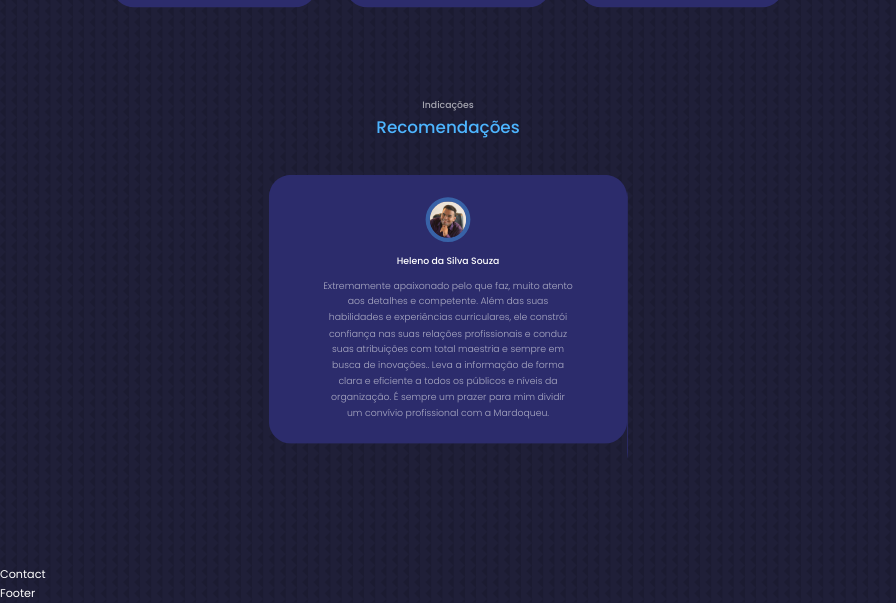
Repository: Mardoqueu/react-portfolio-website
Page: /
These files come from the project's save history. The page is drawn as it stood at one moment and after a run of saves; the edit follows.
The browser window is 1280 px wide. The pictures show the part of the page from y = 3384 to 5304 px (the page is 4245 px tall before and 5514 px after), at 70% of full size.
The project was rebuilt for these pictures with package versions that can differ from the ones it lists, and the page was loaded fresh each time. Also part of the build but not shown: src/components/header/header.css, src/components/contact/contact.css, src/components/footer/footer.css.

Above is the page before, as saved 2022-10-24 14:56:00.

After the next 5 saves:
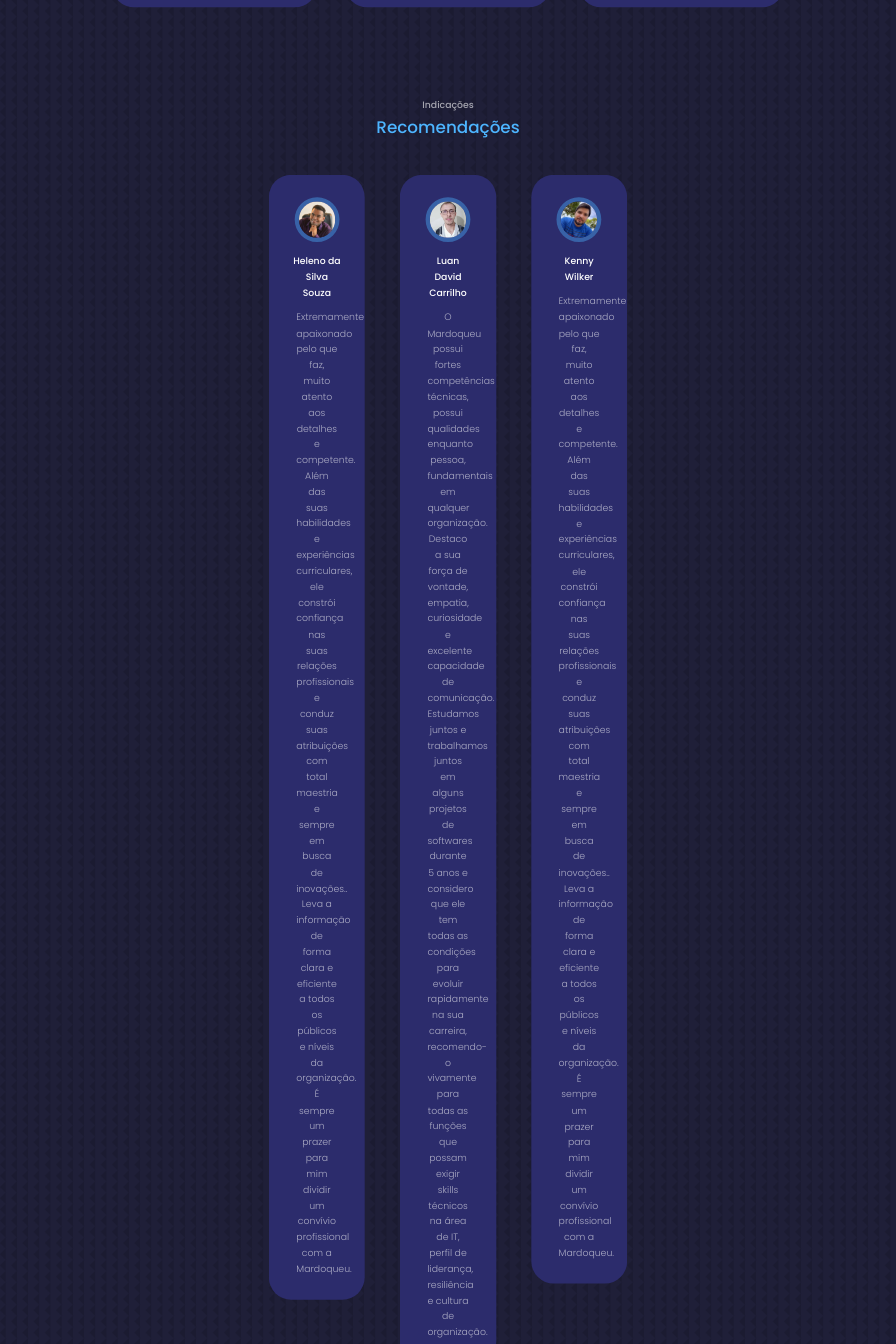
The 5 saves are shown as one change because 1 did not build or start and some came seconds apart.
The last was saved 19 s later.
--- a/src/components/testimonials/Testimonials.jsx
+++ b/src/components/testimonials/Testimonials.jsx
@@ -47,7 +47,15 @@
       <h2>Recomendações</h2>
 
       <Swiper className='container testimonials__container'
-
+            // install Swiper modules
+            modules={[Pagination]}
+            spaceBetween={50}
+            slidesPerView={3}
+            navigation
+            pagination={{ clickable: true }}
+            scrollbar={{ draggable: true }}
+            onSwiper={(swiper) => console.log(swiper)}
+            onSlideChange={() => console.log('slide change')}
       >
           {
             data.map(({avatar, name, review}, index) => {

After the 4 saves that followed:
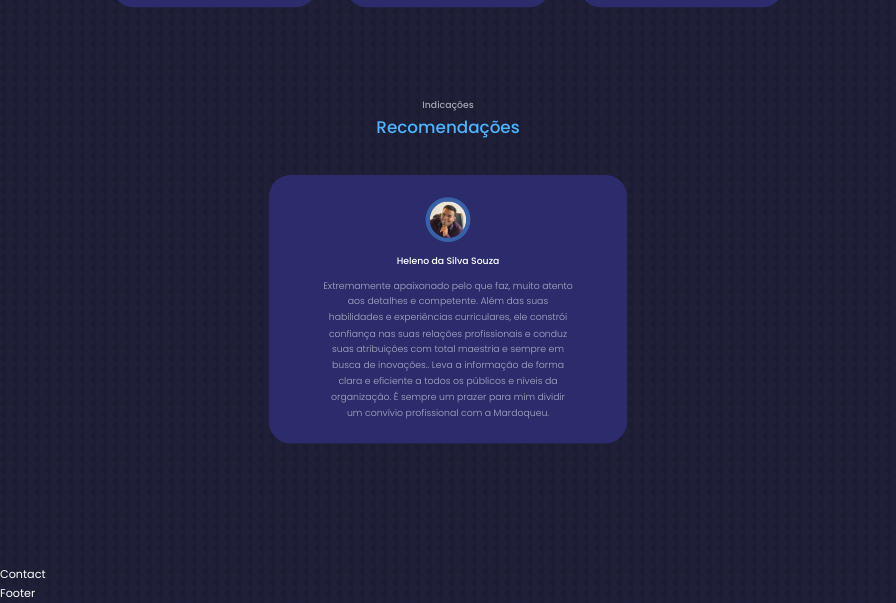
The 4 saves are shown as one change because 3 left the picture as it was.
The last was saved 45 s later.
--- a/src/components/testimonials/Testimonials.jsx
+++ b/src/components/testimonials/Testimonials.jsx
@@ -50,12 +50,8 @@
             // install Swiper modules
             modules={[Pagination]}
             spaceBetween={50}
-            slidesPerView={3}
-            navigation
+            slidesPerView={1}
             pagination={{ clickable: true }}
-            scrollbar={{ draggable: true }}
-            onSwiper={(swiper) => console.log(swiper)}
-            onSlideChange={() => console.log('slide change')}
       >
           {
             data.map(({avatar, name, review}, index) => {
